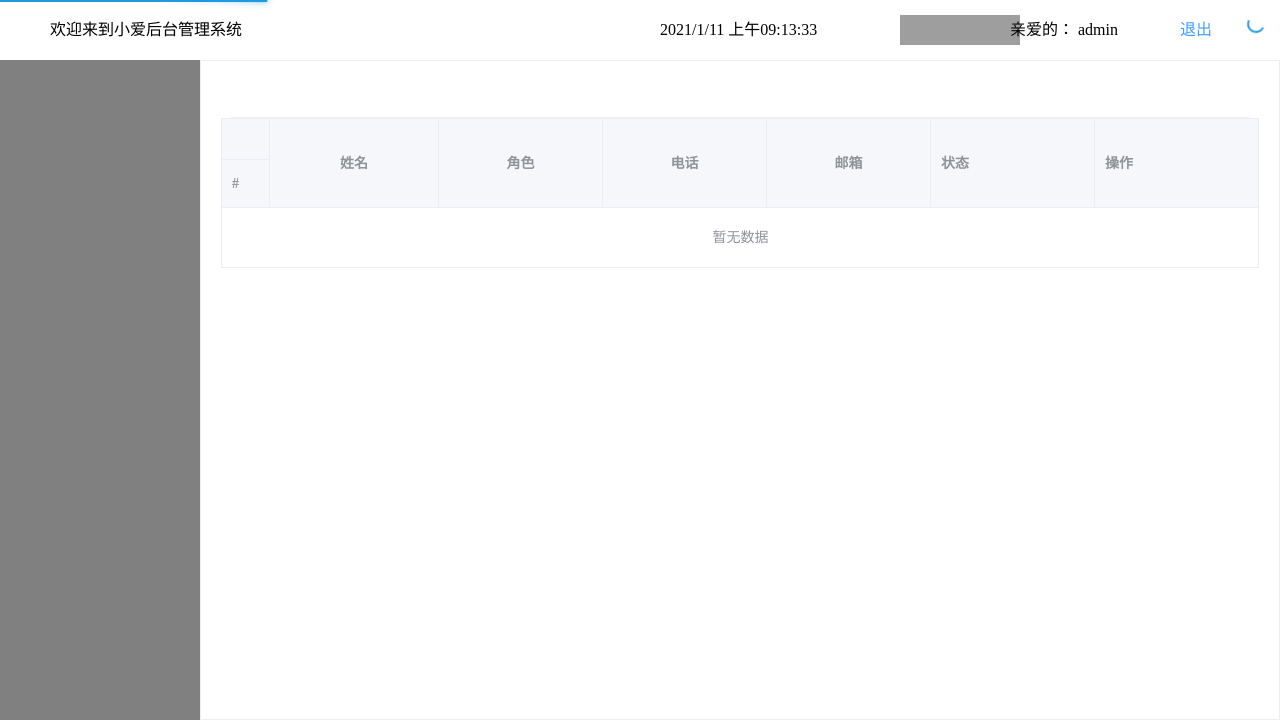
Repository: heyegang/vuex
Page: /usermanagement
The author's editor kept a copy of each file at every save. The page is drawn from the files as they stood at one save, then again after the next save.
The browser window is 1280 px wide. The pictures show the whole page.
Pictures or frames that could not be fetched are drawn as grey boxes. The page's requests for data from a server got no answer. The project was rebuilt for these pictures with package versions that can differ from the ones it lists, and the page was loaded fresh each time. No one was signed in, and anything a server would have sent is missing. Also part of the build but not shown: vue.config.js, src/views/Home.vue, src/components/navsidebar/NavSidebar.vue.

Above is the page before, as saved 2021-01-12 09:45:37.

After the next save:
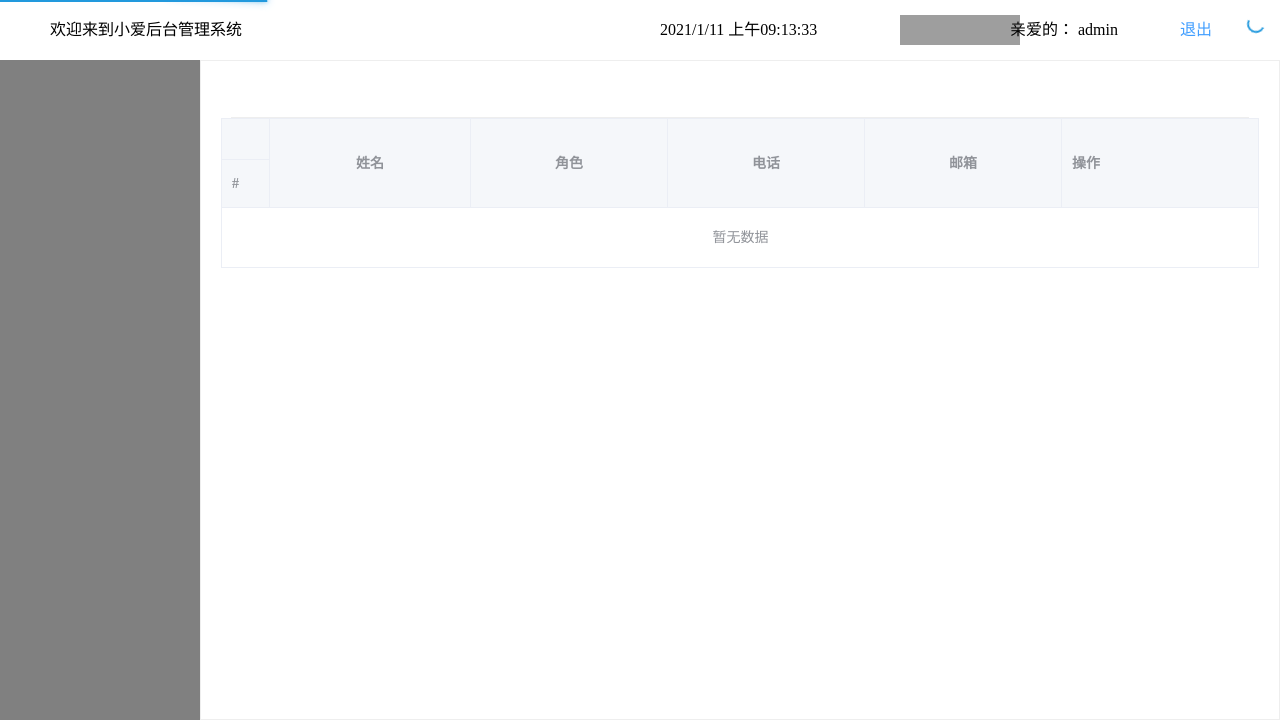
Saved 2 min 26 s later.
--- a/src/components/aitable/AiTable.vue
+++ b/src/components/aitable/AiTable.vue
@@ -25,11 +25,11 @@
       >
       </el-table-column>
 
-      <el-table-column  :label="columns[columns.length-2].label">
+      <!-- <el-table-column  :label="columns[columns.length-2].label">
         <template>
           <solt name="switchs"></solt>
         </template>
-      </el-table-column>
+      </el-table-column> -->
 
       <!-- <el-table-column>
         <template slot-scope="scope">

After the 2 saves that followed:
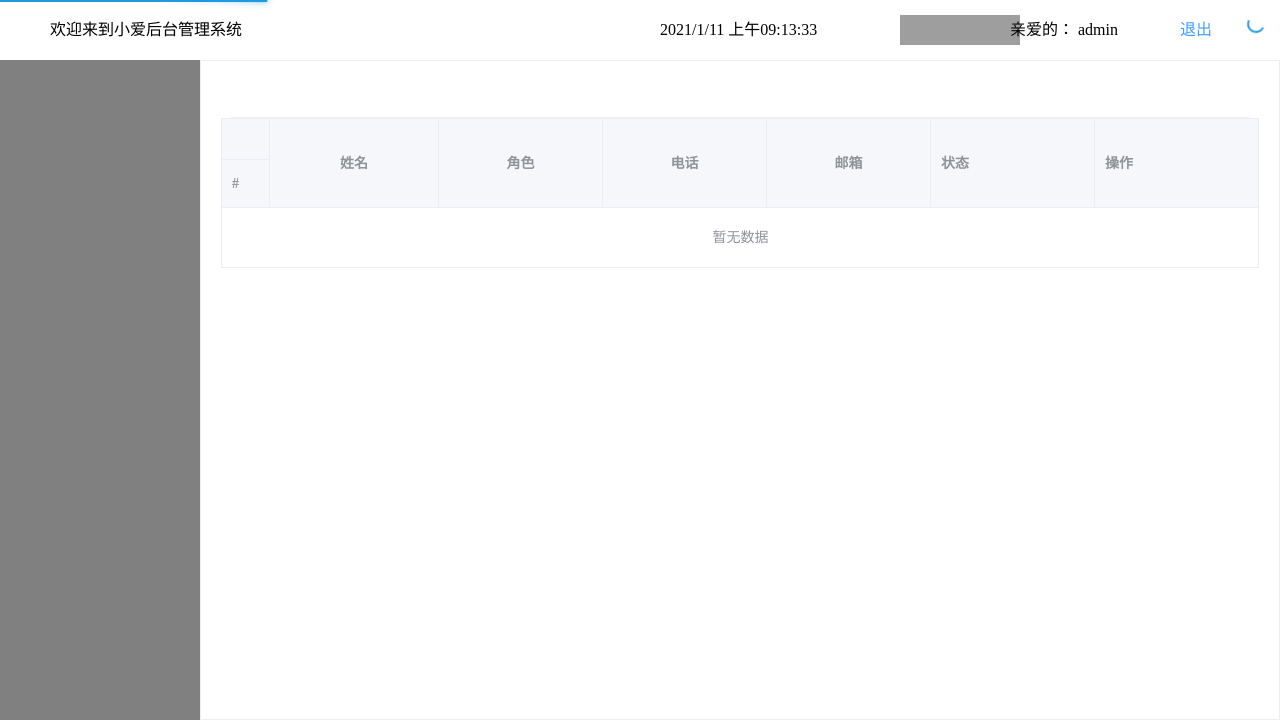
The 2 saves are shown as one change because 1 left the picture as it was.
The last was saved 75 s later.
--- a/src/views/usermanagement/UserManagement.vue
+++ b/src/views/usermanagement/UserManagement.vue
@@ -35,11 +35,9 @@
         </el-button>
       </template>
       <template #switchs>
-        <el-switch
-          v-model="value"
-          active-color="#13ce66"
-          inactive-color="#ff4949">
-        </el-switch>
+        1
+        <!-- <el-switch :v-model="scope.scope.row.mg_state">
+        </el-switch> -->
       </template>
     </ai-table>
   </div>
--- a/src/components/aitable/AiTable.vue
+++ b/src/components/aitable/AiTable.vue
@@ -25,11 +25,11 @@
       >
       </el-table-column>
 
-      <!-- <el-table-column  :label="columns[columns.length-2].label">
+      <el-table-column  :label="columns[columns.length-2].label">
         <template>
           <solt name="switchs"></solt>
         </template>
-      </el-table-column> -->
+      </el-table-column>
 
       <!-- <el-table-column>
         <template slot-scope="scope">
